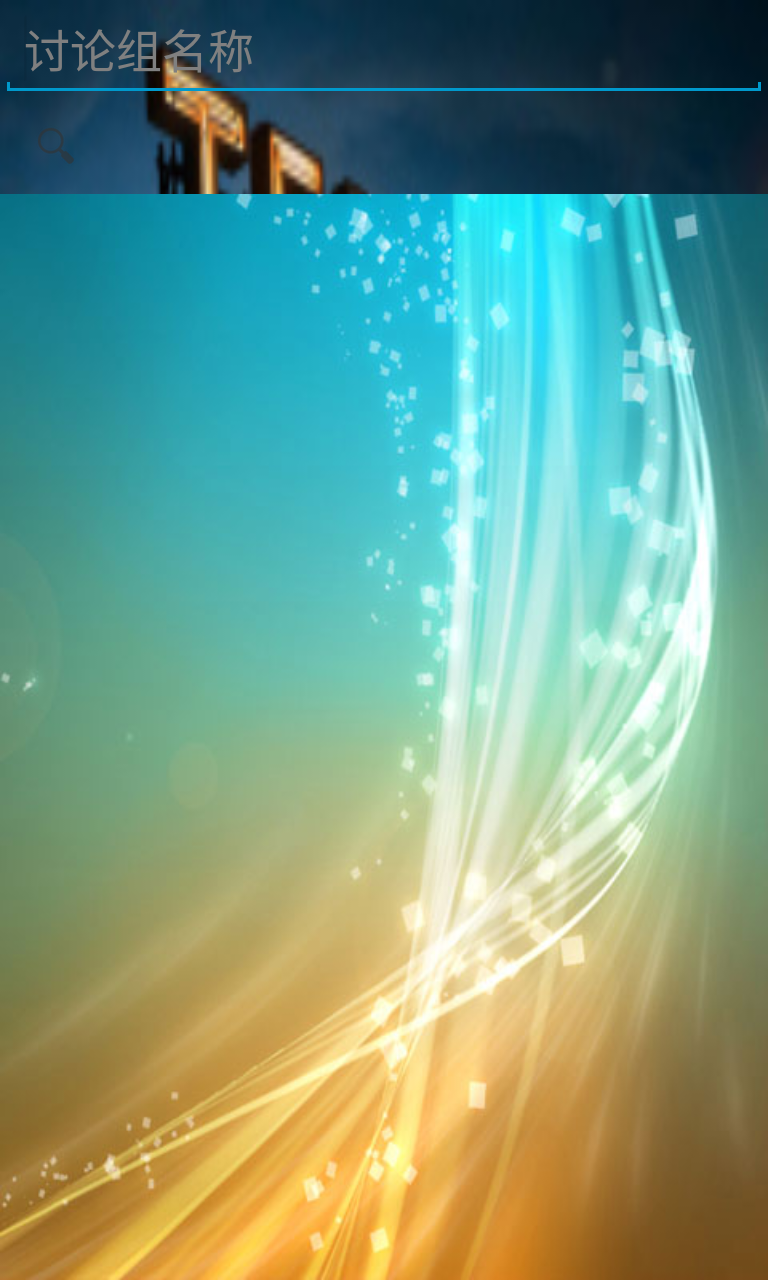
Repository: aojue/HappyAA
Layout: HappyAA/res/layout/creat_tell.xml
The author's editor kept a copy of each file at every save. The layout is drawn from the files as they stood at one save, then again after the next save.
It is drawn on a 768 x 1280 px phone screen (xhdpi) without system bars, with theme AppTheme; the app's code is not run. Lists and similar views that code fills are empty.

Above is the layout before, as saved 2014-10-26 03:08:17.

After the next save:
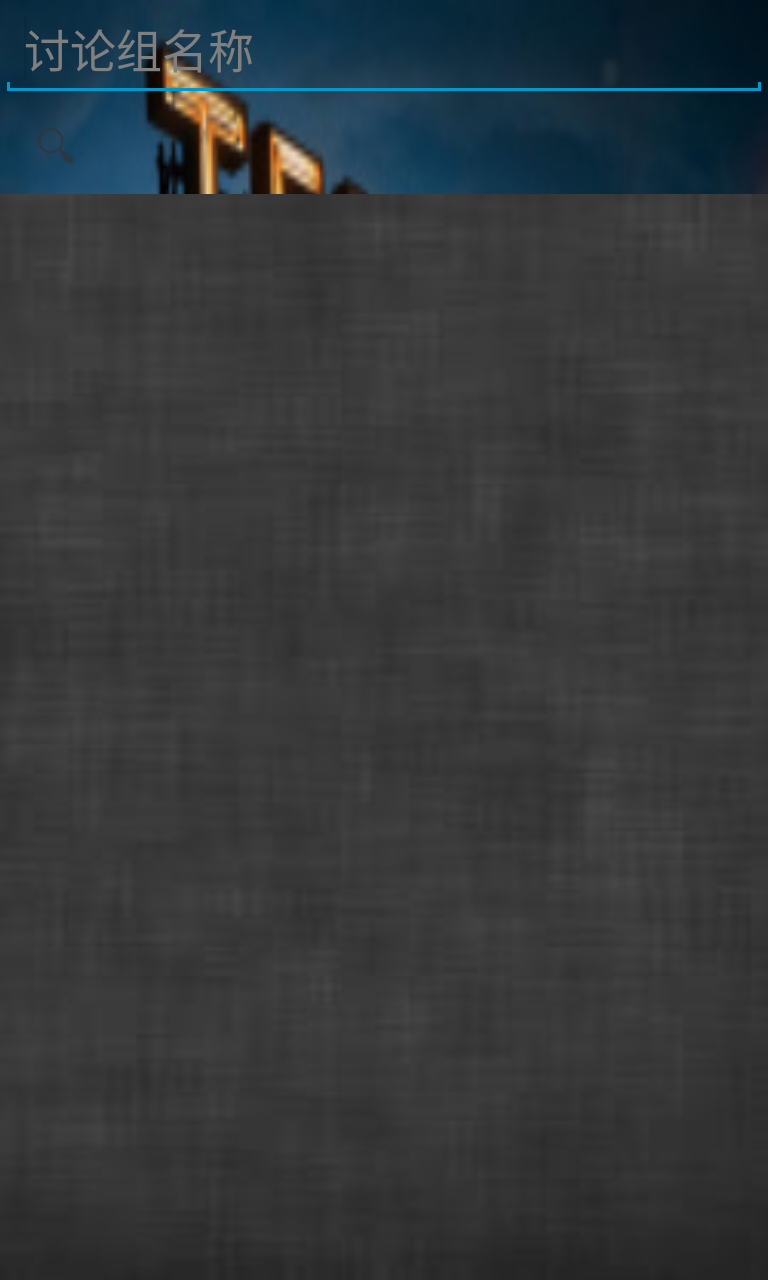
Saved 4 min 27 s later.
--- a/HappyAA/res/layout/creat_tell.xml
+++ b/HappyAA/res/layout/creat_tell.xml
@@ -37,7 +37,7 @@
                 android:cacheColorHint="#00000000"
         		android:dividerHeight="0dp"
         		android:focusableInTouchMode="true"
-        		android:background="@drawable/ic_lb_a">
+        		android:background="@drawable/ic_lb_e">
             </ListView>
 
     </LinearLayout>
